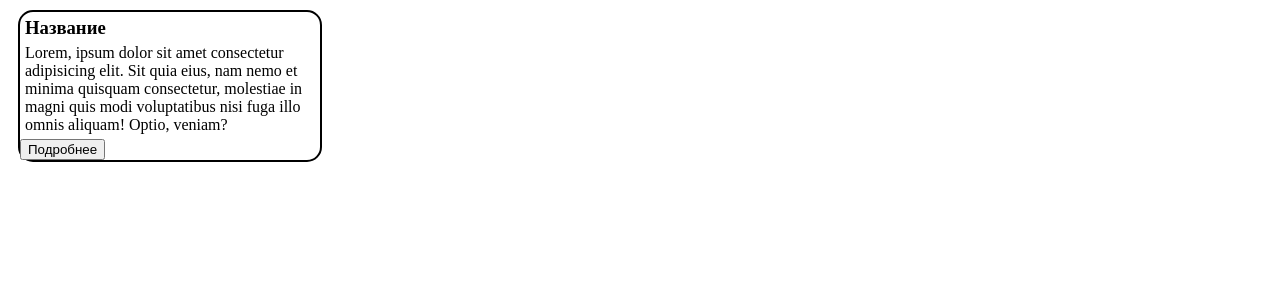
Repository: MaratLK/PLKFrontend
Page: Templates/NewsForIndex.html
The author's editor kept a copy of each file at every save. The page is drawn from the files as they stood at one save, then again after the next save.
The browser window is 1280 px wide. The pictures show the whole page.

Above is the page before, as saved 2024-08-25 06:21:39.

### Templates/NewsForIndex.html
<!DOCTYPE html>
<html lang="en">
<head>
    <meta charset="UTF-8">
    <meta name="viewport" content="width=device-width, initial-scale=1.0">
    <title>Document</title>
    <style>
        .newsblk{
            height: auto;
            width: 300px;
            margin: 10px;
            border-radius: 15px;
            border: 2px solid black;
        }
        .newsblk h3{
            margin: 5px;
        }
        .newsblk p{
            margin: 5px;
        }
        .newsblk button{
            margin: 0 0 0 0 ;
        }
    </style>
</head>
<body>
    <section class="news">
        <div class="newsblk">
            <h3>Название</h3>
            <p>Lorem, ipsum dolor sit amet consectetur adipisicing elit.
                Sit quia eius, nam nemo et minima quisquam consectetur,
                molestiae in magni quis modi voluptatibus nisi fuga illo omnis aliquam!
                Optio, veniam?</p>
            <button>Подробнее</button>
        </div>
    </section>
</body>
</html>

After the next save:
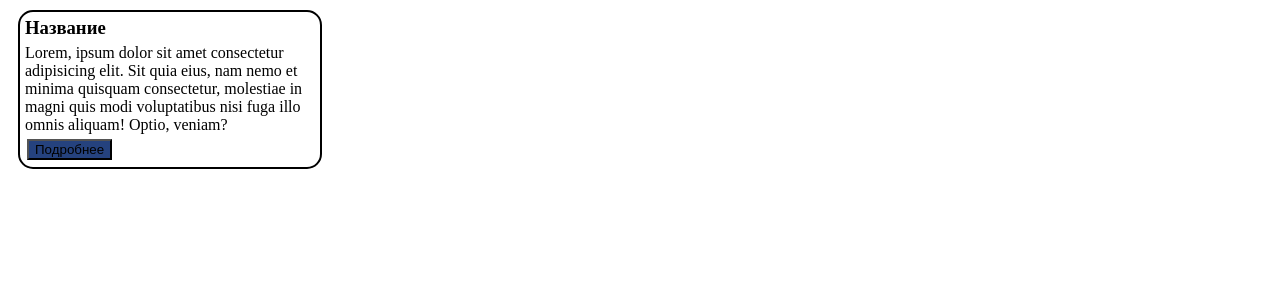
Saved 3 min 22 s later.
--- a/Templates/NewsForIndex.html
+++ b/Templates/NewsForIndex.html
@@ -19,7 +19,8 @@
             margin: 5px;
         }
         .newsblk button{
-            margin: 0 0 0 0 ;
+            background-color: #25427e;
+            margin: 0 0 7px 7px;
         }
     </style>
 </head>
